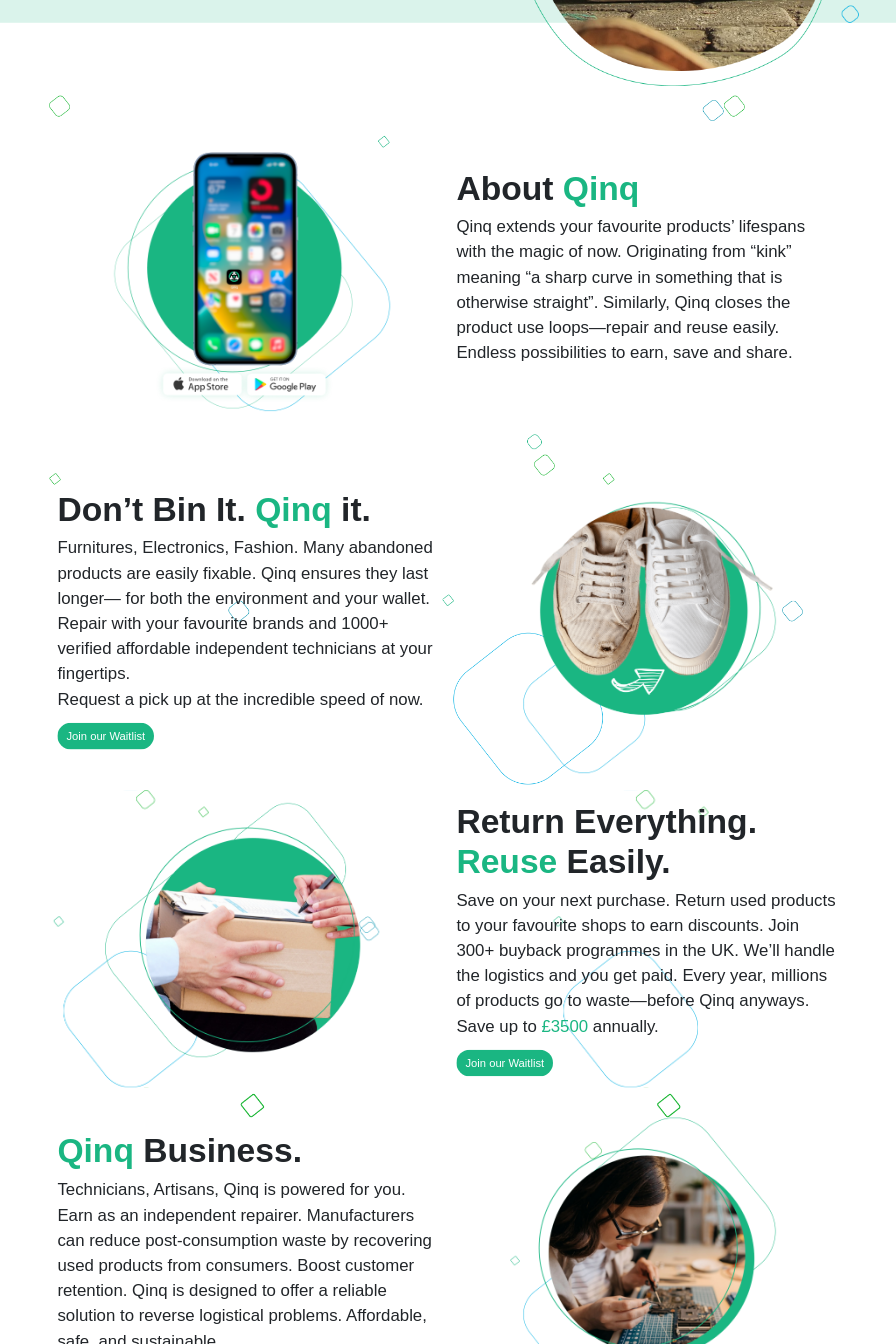
Repository: HelloQinq2023/qinq.github.io
Page: index.html
An editor plug-in stored every save of this project. The page is shown before and after the next save, followed by the edit.
The browser window is 1280 px wide. The pictures show the part of the page from y = 732 to 2652 px (the page is 3748 px tall before and 3738 px after), at 70% of full size.
Backgrounds fixed to the window are drawn as part of the page. Some web fonts or font styles are not loaded; a fallback is used.

Above is the page before, as saved 2023-02-23 12:44:59.

After the next save:
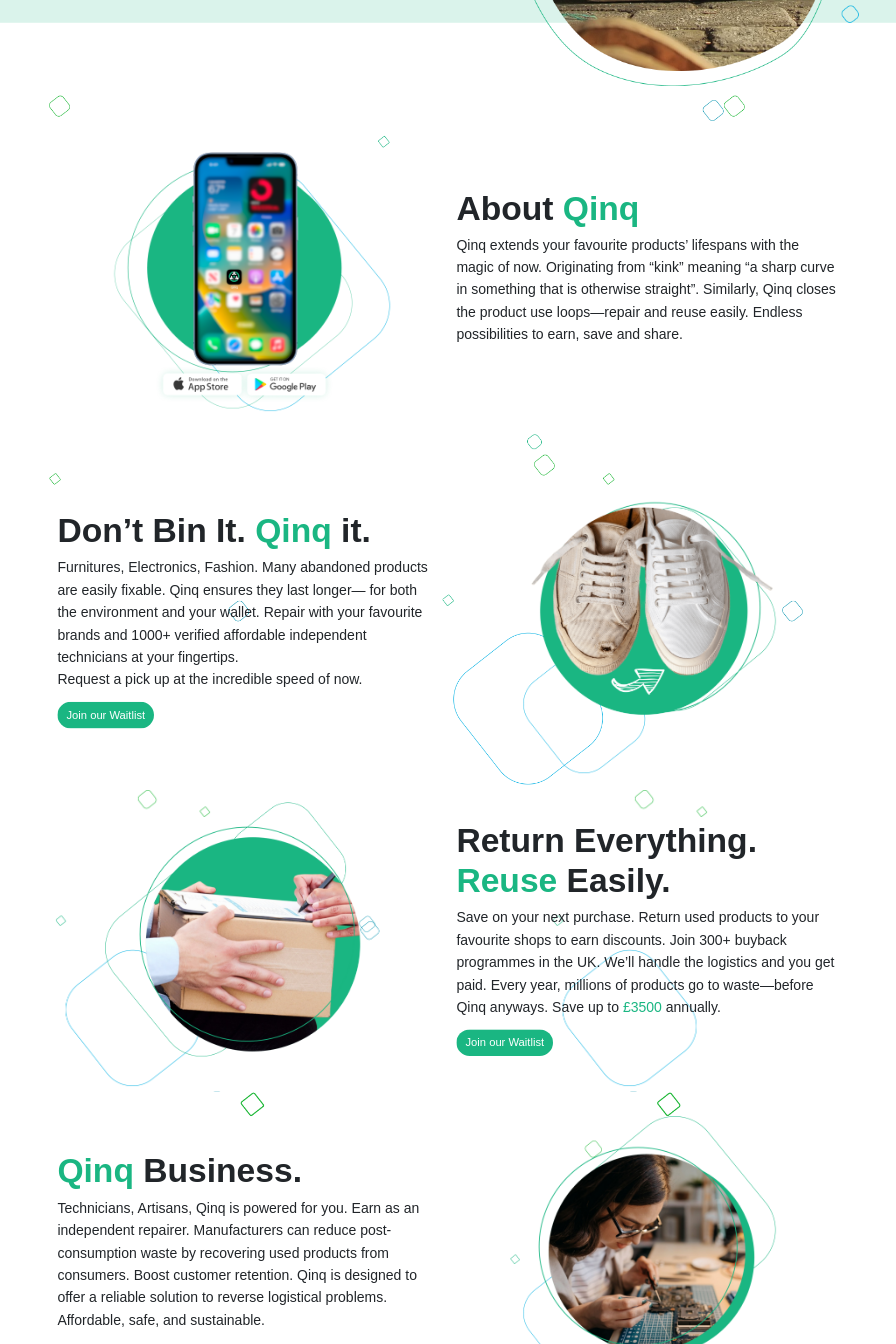
Saved 44 s later.
--- a/css/style.css
+++ b/css/style.css
@@ -6,8 +6,8 @@
 
 p{
 	font-weight:normal;
-	font-size:24px;
-	line-height:36px
+	font-size:20px;
+	line-height:32px
 }
 .green{
     color:#1ab682
